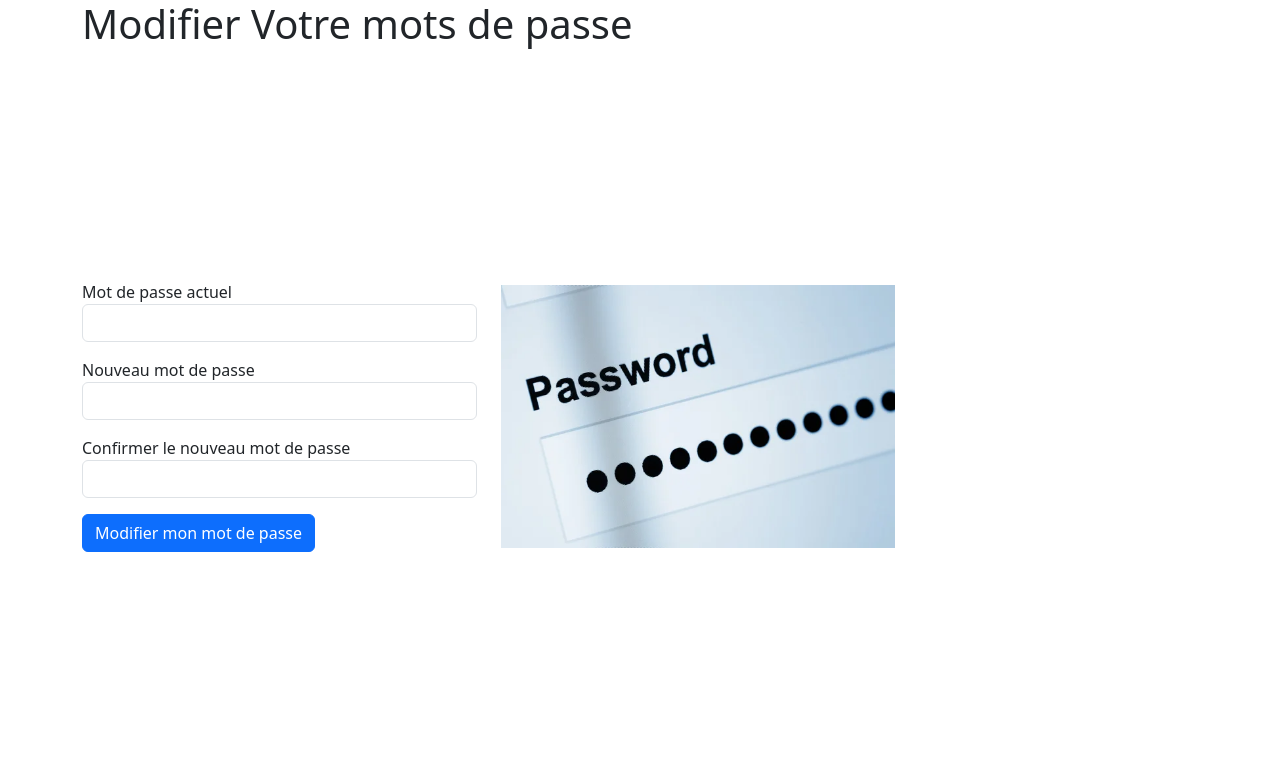
Repository: khadyba/GestionEtablissementScolaire
Page: resources/views/Professeurs/updatePassword.blade.php
An editor plug-in stored every save of this project. The page is shown before and after the next save, followed by the edit.
The browser window is 1280 px wide. The pictures show the whole page.
The page is served by the project's Laravel application, run on PHP 8.4 with Laravel 9. Other server files are loaded and not shown. The template is opened directly, without the code that normally fills it, so the values that code supplies are empty.

Above is the page before, as saved 2024-11-13 11:03:53.

### sunuEcole/routes/web.php
<?php

use App\Models\Classe;
use Illuminate\Support\Facades\Route;
use App\Http\Controllers\UsersController;
use App\Http\Controllers\ClasseController;
use App\Http\Controllers\ElevesController;
use App\Http\Controllers\ParentsController;
use App\Http\Controllers\PaymentController;
use App\Http\Controllers\AdminLoginController;
use App\Http\Controllers\ProfesseurController;
use App\Http\Controllers\ElevesCoursController;
use App\Http\Controllers\EvaluationsController;
use App\Http\Controllers\EtablissementController;
use App\Http\Controllers\SalleDeClasseController;
use App\Http\Controllers\AdministrateurController;
use App\Http\Controllers\EmploisDuTempsController;
use App\Http\Controllers\NotesController;
use App\Models\Administrateur;
use App\Models\Parents;

/*
|--------------------------------------------------------------------------
| Web Routes
|--------------------------------------------------------------------------
|
| Here is where you can register web routes for your application. These
| routes are loaded by the RouteServiceProvider within a group which
| contains the "web" middleware group. Now create something great!
|
*/

Route::get('/', function () {
    return view('layouts.app');
})->name('home');
            // Routes pour les utilisateurs
Route::prefix('users')->name('users.')->group(function () {
    Route::get('create', [UsersController::class, 'create'])->name('create');
    Route::post('/', [UsersController::class, 'store'])->name('store');
    Route::get('login', [UsersController::class, 'connection'])->name('login');
    Route::post('logout', [UsersController::class, 'logout'])->name('logout');
    Route::post('login', [UsersController::class, 'LoginForm'])->name('login.submit')->middleware('checkProfileCompletion');
});

// Routes pour creer  les administrateurs
Route::prefix('administrateurs')->name('administrateurs.')->group(function () {
    Route::get('create', [AdministrateurController::class, 'create'])->name('create');
    Route::post('/', [AdministrateurController::class, 'store'])->name('store');
});
// Routes pour la gestion de la connexion des administrateurs
Route::prefix('admin')->name('admin.')->group(function () {
    Route::get('login', [AdminLoginController::class, 'showLoginForm'])->name('login');
    Route::post('login', [AdminLoginController::class, 'login'])->name('login.submit');
    Route::post('logout', [AdminLoginController::class, 'logout'])->name('logout');
});
// route pour les administrateur dejat connecter
Route::middleware(['auth:admin'])->group(function () {
    Route::get('/admin/dashboard', [AdministrateurController::class, 'index'])->name('admin.dashboard');
    Route::post('/etablissement/creer', [EtablissementController::class, 'store'])->name('etablissements.store');
    Route::get('/etablissement/formulaire', [EtablissementController::class, 'create'])->name('etablissement.formulaire');
    Route::get('/admin/profile/edit', [AdministrateurController::class, 'edit'])->name('admin.profile.edit');
    Route::put('/admin/profile/update', [AdministrateurController::class, 'update'])->name('admin.profile.update');
    Route::get('/classes/create', [ClasseController::class, 'create'])->name('classes.create');
    Route::post('/classes', [ClasseController::class, 'store'])->name('classes.store');
    Route::get('/listDesClasses',[ClasseController::class,'index'])->name('classes.index');
    Route::get('/classes/{id}', [ClasseController::class, 'show'])->name('classes.show');
    Route::get('/classes/{id}/edit',[ClasseController::class,'edit'])->name('classes.edit');
    Route::put('/classes/{id}/update',[ClasseController::class,'update'])->name('classes.update');
    Route::delete('/classes/{id}',[ClasseController::class,'destroy'])->name('classes.destroy');
    Route::get('/classes/{id}/cours', [AdministrateurController::class, 'listeCours'])->name('list');
    // route pour creer les salle de classe
    Route::get('/admin/salles/create', [SalleDeClasseController::class, 'create'])->name('admin.salles.create');
    Route::post('/admin/salles/store', [SalleDeClasseController::class, 'store'])->name('admin.salles.store');
    Route::get('/admin/salles-de-classe', [SalleDeClasseController::class, 'index'])->name('admin.salles-de-classe.index');
    Route::get('/admin/sallesclasse/{id}/edit', [SalleDeClasseController::class, 'edit'])->name('admin.salles-de-classe.edit');
    Route::post('/admin/sallesclasse/{id}', [SalleDeClasseController::class, 'update'])->name('admin.salles-de-classe.update');
    Route::delete('/admin/sallesclasse/{id}', [SalleDeClasseController::class, 'destroy'])->name('admin.salles-de-classe.destroy');
    // route pour les affectations
    Route::get('/classes/{id}/eleves', [ClasseController::class, 'assignStudents'])->name('classes.assign.students');
    Route::get('/admin/eleves-inscrits', [AdministrateurController::class, 'listeElevesInscrits'])->name('admin.eleves.inscrits');
    Route::post('assign-eleves/{id}', [ClasseController::class, 'storeAssignedStudents'])->name('assign.eleves.store');
    Route::get('/classes/{id}/professeurs', [ClasseController::class, 'assignTeachers'])->name('classes.assign.teachers');
    Route::post('/classes/{id}/professeurs', [ClasseController::class, 'storeAssignedTeacher'])->name('classes.assign.teachers.store');
    Route::delete('/classes/{classeId}/professeurs/{professeurId}', [ClasseController::class, 'detachProfesseurFromClasse'])->name('classes.professeurs.detach');
    Route::delete('/classes/{classeId}/eleves/{eleveId}', [ClasseController::class, 'detachEleveClasse'])->name('classes.eleve.detach');
    Route::get('/classes/{classeId}/professeurs/manage', [ClasseController::class, 'manageProfessors'])->name('classes.professeurs.manage');
    Route::get('/classes/{classeId}/eleves/manage', [ClasseController::class, 'manageEleves'])->name('classes.eleves.manage');
    // route pour la gestion des emplois du temps
    Route::get('/emplois_du_temps', [EmploisDuTempsController::class, 'index'])->name('emplois_du_temps.index');
    Route::get('/emplois_du_temps/create/{classe}', [EmploisDuTempsController::class, 'create'])->name('emplois_du_temps.create');
    Route::post('/emplois_du_temps/store/{classe}', [EmploisDuTempsController::class, 'store'])->name('emplois_du_temps.store');
    Route::get('/emplois-du-temps/{id}/download', [EmploisDuTempsController::class, 'download'])->name('emplois_du_temps.download');
    // route pour l'ajout des professeur
    Route::get('/listProfAjouter',[AdministrateurController::class,'index'])->name('list.index');
    Route::get('/formulairAjout',[AdministrateurController::class,'formulaire'])->name('affiche.formulaire');
    Route::post('/AjouterProf',[AdministrateurController::class,'ajouterProfesseur'])->name('Ajout.ajouterProfesseur');

    Route::get('/professeurs', [AdministrateurController::class, 'listProfessors'])->name('professeurs.list');
    Route::delete('/professeurs/{id}', [AdministrateurController::class, 'destroyProfessor'])->name('professeurs.destroy');

    // route pour le calcul des moyenne et generation des bultin de notes
    Route::get('admin/classes/{id}/notes', [NotesController::class, 'showClassNotes'])->name('classes.notes');
    Route::get('admin/classes/eleves/{eleveId}/calculer-moyenne', [NotesController::class, 'calculerMoyenne'])->name('eleves.calculer_moyenne');
    Route::get('admin/classes/{classeId}/eleves/{eleveId}/bulletin', [NotesController::class, 'genererBulletin'])->name('eleves.bulletin');
    Route::get('admin/classes/{classeId}/eleves/{eleveId}/notes', [NotesController::class, 'showBulletin'])->name('classes.bulletin');
});

Route::middleware(['auth', 'checkProfileCompletion'])->group(function () {
    // Routes pour les professeurs
    Route::middleware('professor')->prefix('professeurs')->name('professeurs.')->group(function () {
        Route::get('/complete-profil', [ProfesseurController::class, 'showCompleteProfileForm'])->name('complete-profile');
        Route::post('/complete-profil', [ProfesseurController::class, 'completeProfile'])->name('complete-profile.store');
        Route::get('/profile/edit', [ProfesseurController::class, 'editProfile'])->name('profile.edit');
        Route::put('/profile/update', [ProfesseurController::class, 'updateProfile'])->name('profile.update');
        Route::get('/dashboard', [ProfesseurController::class, 'index'])->name('dashboard');
        Route::get('/listDesClasses', [ProfesseurController::class, 'index'])->name('classes.index');
        Route::get('/classes/{id}', [ProfesseurController::class, 'show'])->name('classes.show');
        Route::get('/cours/create/{classe}', [ProfesseurController::class, 'create'])->name('cours.create');
        Route::post('/cours', [ProfesseurController::class, 'store'])->name('cours.store');
        Route::get('/classes/{id}/cours', [ProfesseurController::class, 'listeCours'])->name('cours.list');
        Route::get('/cours/{id}', [ProfesseurController::class, 'detailCours'])->name('cours.detail');
        Route::get('/cours/{id}/edit', [ProfesseurController::class, 'edit'])->name('cours.edit');
        Route::put('/cours/{id}', [ProfesseurController::class, 'update'])->name('cours.update');
        Route::delete('/cours/{id}', [ProfesseurController::class, 'destroy'])->name('cours.destroy');
        Route::get('/salles/salleDisponible/{id}', [SalleDeClasseController::class, 'afficherSallesDisponibles'])->name('salle.disponible');
        Route::post('/cours/{coursId}/assign-salle/{salleId}', [SalleDeClasseController::class, 'assignSalle'])->name('cours.assignSalle');
        Route::get('/cours/download/{id}', [ProfesseurController::class, 'download'])->name('cours.download');
        Route::get('/classes/{id}/evaluations/create', [EvaluationsController::class, 'create'])->name('evaluations.create');
        Route::post('/evaluations/store', [EvaluationsController::class, 'store'])->name('evaluations.store');
        Route::get('/classes/{classe}/evaluations', [EvaluationsController::class, 'listEvaluations'])->name('evaluations.list');
        Route::get('/classes/{classeId}/evaluations/{evaluationId}/add_notes', [EvaluationsController::class, 'showAddNotesForm'])->name('evaluations.add_notes');
        Route::post('/classes/{id}/ajouter-notes', [EvaluationsController::class, 'storeNotes'])->name('evaluations.store_notes');
        Route::get('/notes/{classeId}', [NotesController::class, 'index'])->name('notes.list');
        Route::get('/notes/{note}/edit', [NotesController::class, 'edit'])->name('notes.edit');
        Route::post('/notes/{note}', [NotesController::class, 'update'])->name('notes.update');
        Route::delete('/notes/{note}', [NotesController::class, 'destroy'])->name('notes.delete');
        Route::get('/fomulaire/modifications/password', [UsersController::class,'editpassword'])->name('formulaire.modifications');
        Route::put('/modifer/password', [UsersController::class, 'updatePassword'])->name('update.password');



    });

    // Routes pour les élèves
    Route::middleware('student')->prefix('eleves')->name('eleves.')->group(function () {
        Route::get('/dashboard', [ElevesController::class, 'index'])->name('dashboard');
        Route::get('/cours', [ElevesController::class, 'index'])->name('cours.index');
        Route::get('/cours/{id}', [ElevesController::class, 'show'])->name('cours.show');
        Route::get('/cours/download/{id}', [ProfesseurController::class, 'download'])->name('cours.download');
        Route::get('/classes', [ElevesCoursController::class, 'index'])->name('classes.index');
        Route::get('/classes/{id}', [ElevesCoursController::class, 'show'])->name('classes.detail');
        Route::get('/classe/{id}/cours', [ElevesCoursController::class, 'listCours'])->name('cours.list');
        Route::get('/cours/{id}', [ElevesCoursController::class, 'detailCours'])->name('cours.detail');
        Route::get('/complete-profile', [ElevesController::class, 'completerProfil'])->name('completeProfileForm');
        Route::post('/complete-profile', [ElevesController::class, 'store'])->name('completeProfile');

        Route::get('/profile/edit', [ElevesController::class, 'editProfile'])->name('profile.edit');
        Route::put('/profile/update', [ElevesController::class, 'updateProfile'])->name('profile.update');

        Route::get('/pay-inscription', [PaymentController::class, 'redirectToPayment'])->name('payInscription');
        Route::get('/classes/{classe}/evaluations', [ElevesCoursController::class, 'listEvaluations'])->name('evaluations.list');
        Route::get('/notes', [ElevesCoursController::class, 'listNotes'])->name('notes.list');
        Route::get('/classes/{classeId}/eleves/{eleveId}/notes', [ElevesController::class, 'showBulletin'])->name('bulletin');
    });

    // Routes pour les parents
    Route::middleware('parent')->prefix('parents')->name('parents.')->group(function () {
        Route::get('/dashboard', [ParentsController::class, 'index'])->name('dashboard');
        Route::get('/complete-profile', [ParentsController::class, 'completerProfil'])->name('completeProfileForm');
        Route::post('/complete-profile', [ParentsController::class, 'store'])->name('completeProfile');
        Route::get('/pay-inscription', [ParentsController::class, 'redirectToPayment'])->name('payInscription');
        Route::get('/eleves/{eleve}/emploi_du_temps', [ParentsController::class, 'showEmploiDuTemps'])->name('eleves.emploi_du_temps');
        Route::get('/eleves/notes', [ParentsController::class, 'showNotes'])->name('eleves.notes');
        Route::get('/classes/{classeId}/eleves/{eleveId}/notes', [ParentsController::class, 'showBulletin'])->name('eleves.bulletin');

        Route::get('/profile/edit', [ParentsController::class, 'editProfile'])->name('profile.edit');
        Route::put('/profile/update', [ParentsController::class, 'updateProfile'])->name('profile.update');
    });
});


 // route apres le payment sur paydunya
 Route::get('payment/success', [PaymentController::class, 'success'])->name('payment.success');
 Route::get('payment/cancel', [PaymentController::class, 'cancel'])->name('payment.cancel');
 Route::post('payment/callback', [PaymentController::class, 'callback'])->name('payment.callback');


 Route::get('/test', function () {
    return view('layouts-admin.index');
})->name('test');

### sunuEcole/resources/views/Professeurs/updatePassword.blade.php
<!DOCTYPE html>
<html>
<head>
<meta charset="UTF-8">
<meta name="viewport" content="width=device-width, initial-scale=1.0">
<title>Completer profile</title>
<link rel="icon" type="image/png" href="{{ asset('assets/img/canvas.png') }}">
<link href="https://cdn.jsdelivr.net/npm/bootstrap@5.3.3/dist/css/bootstrap.min.css" rel="stylesheet" integrity="sha384-QWTKZyjpPEjISv5WaRU9OFeRpok6YctnYmDr5pNlyT2bRjXh0JMhjY6hW+ALEwIH" crossorigin="anonymous">
</head>
<body>


<div class= "container ">

        <h1>Modifier Votre mots de passe </h1>

        <div class="row  w-75 d-flex align-items-center justify-content-center vh-100">

            <div class="col-md-6">
                @if(session('success'))
                <div class="alert alert-success">
                    {{ session('success') }}
                </div>
               @endif
                <form action="{{ route('professeurs.update.password') }}" method="POST">
                    @csrf
                    @method('PUT')

                    @if($errors->any())
                        <div class="alert alert-danger">
                            <ul>
                                @foreach ($errors->all() as $error)
                                    <li>{{ $error }}</li>
                                @endforeach
                            </ul>
                        </div>
                    @endif

                    <div class="form-group mb-3">
                        <label for="current_password">Mot de passe actuel</label>
                        <input type="password" name="current_password" id="current_password" class="form-control" required>
                    </div>

                    <div class="form-group mb-3">
                        <label for="new_password">Nouveau mot de passe</label>
                        <input type="password" name="new_password" id="new_password" class="form-control" required>
                    </div>

                    <div class="form-group mb-3">
                        <label for="new_password_confirmation">Confirmer le nouveau mot de passe</label>
                        <input type="password" name="new_password_confirmation" id="new_password_confirmation" class="form-control" required>
                    </div>

                    <button type="submit" class="btn btn-primary">Modifier mon mot de passe</button>
                </form>
            </div>


            <div class="col-md-6 text-center">
            <img src="{{ asset('assets/img/deposi.jpg') }}" alt="Image description" class="img-fluid ">
            </div>


        </div>
</div>


</body>
</html>

After the next save:
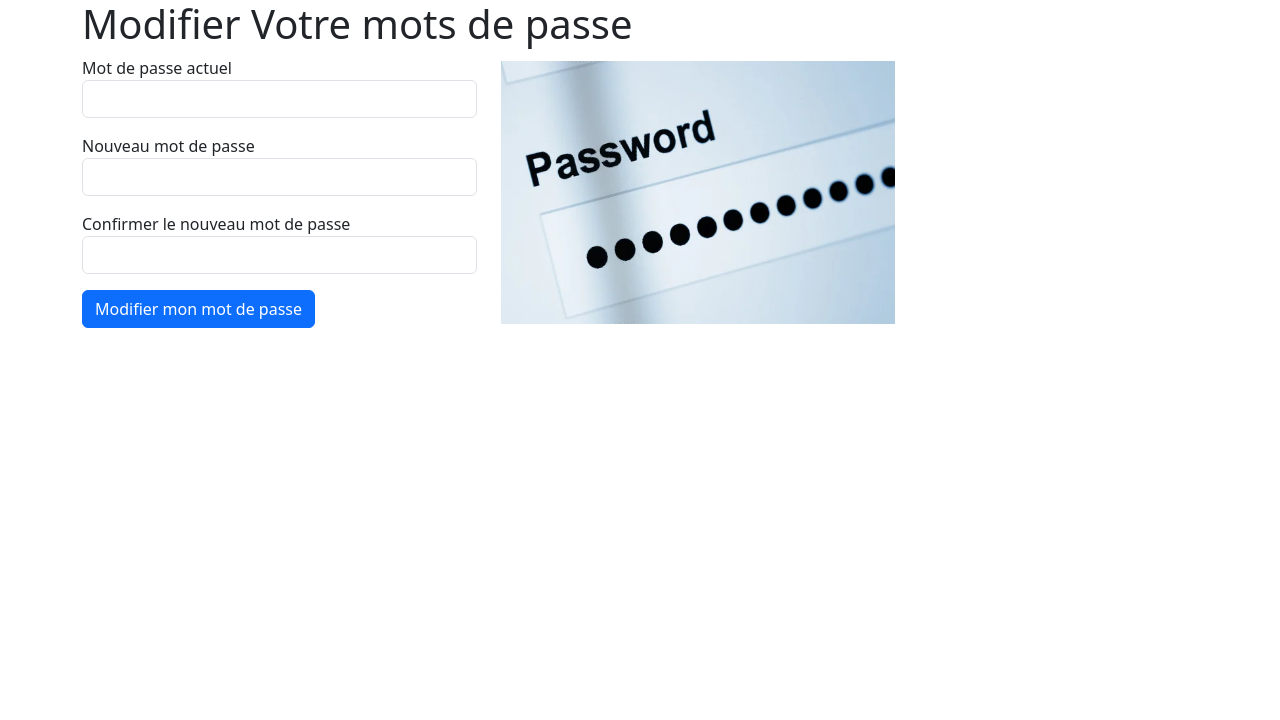
Saved 18 s later.
--- a/sunuEcole/resources/views/Professeurs/updatePassword.blade.php
+++ b/sunuEcole/resources/views/Professeurs/updatePassword.blade.php
@@ -14,7 +14,7 @@
 
         <h1>Modifier Votre mots de passe </h1>
 
-        <div class="row  w-75 d-flex align-items-center justify-content-center vh-100">
+        <div class="row  w-75 d-flex align-items-center justify-content-center ">
 
             <div class="col-md-6">
                 @if(session('success'))
